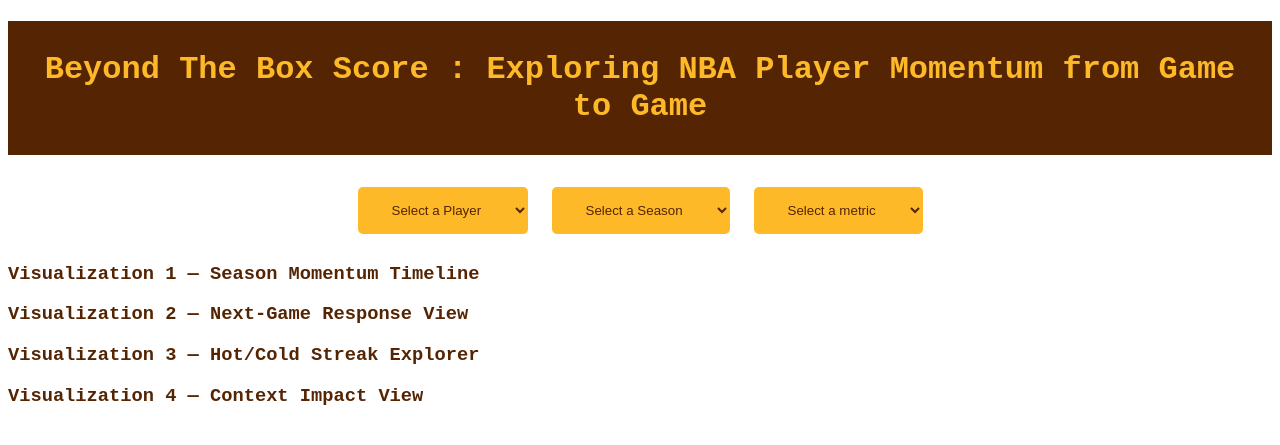
Repository: houdafatih/Data-Viz-Project
Page: index.html
The author's editor kept a copy of each file at every save. The page is drawn from the files as they stood at one save, then again after a run of saves.
The browser window is 1280 px wide. The pictures show the whole page.

Above is the page before, as saved 2026-06-13 04:15:32.

After the next 2 saves:
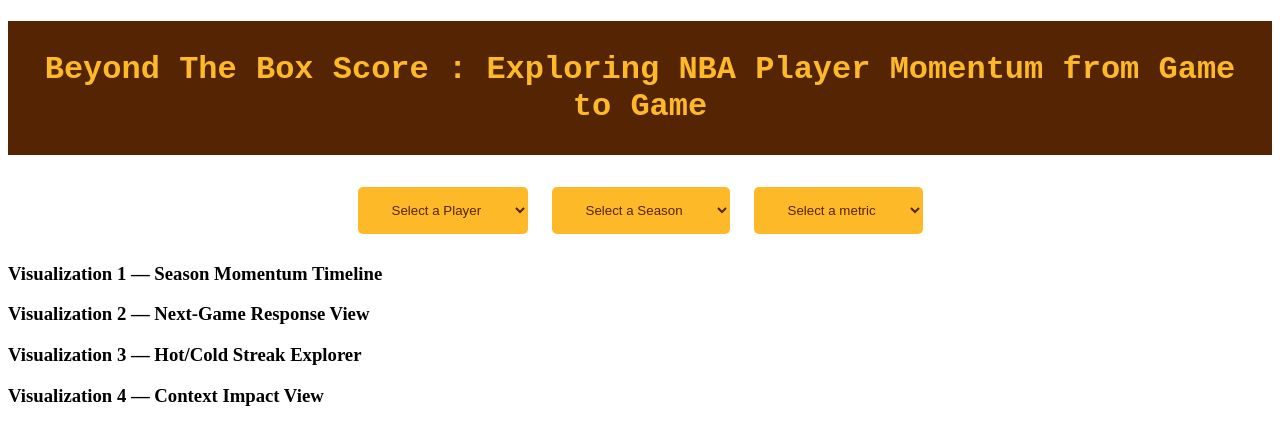
The 2 saves are shown as one change because they came seconds apart.
The last was saved 86 s later.
--- a/style.css
+++ b/style.css
@@ -25,12 +25,13 @@
 select option:hover{
     background-color: #fdb927;
 }
-.viz{
-    text-align: center;
+
+
 }
 h3{
     color: #552503;
     font-family: "Courier New", Courier, monospace;
+    text-align: center;
 }
 .tick{
     font-size: 5px;
